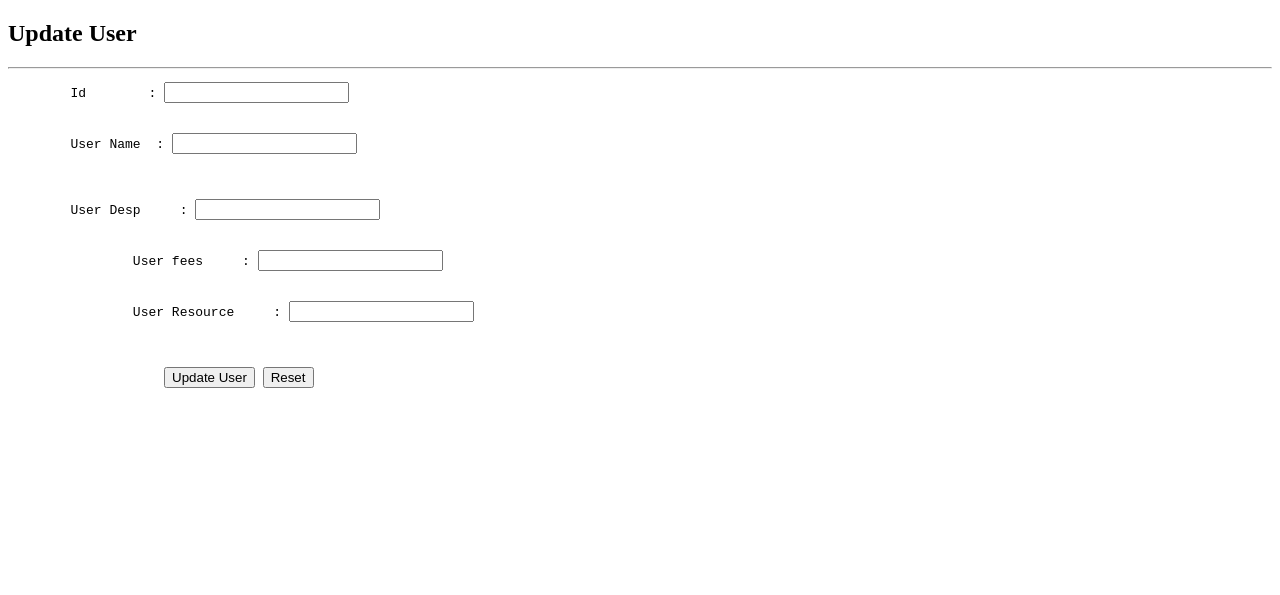
Repository: rathorea439/eLearning
Page: http://localhost/eLearing-springMVC/WEB-INF/views/update-user.jsp
These files come from the project's save history. The page is drawn as it stood at one moment and after the next save; the edit follows.
The browser window is 1280 px wide. The pictures show the whole page.
The page is served by Tomcat 9. Nobody is signed in. Other server files are loaded and not shown. The template is opened directly, without the code that normally fills it, so the values that code supplies are empty.

Above is the page before, as saved 2021-07-26 16:02:41.

### eLearing-springMVC/src/main/webapp/WEB-INF/views/update-user.jsp
<%@ page language="java" contentType="text/html; charset=ISO-8859-1"
	pageEncoding="ISO-8859-1"%>
<%@ taglib uri="http://java.sun.com/jsp/jstl/core" prefix="c"%>
<%@ taglib uri="http://www.springframework.org/tags/form" prefix="form"%>
<%@ page isELIgnored="false" %>

<!DOCTYPE html>
<html>
<head>
<meta charset="ISO-8859-1">
<title>Update User Form</title>
</head>
<body>
	<h2>Update User</h2>
	<hr>
	<c:url var="updateUrl" value="/update-user"></c:url>
	<form:form action="${updateUrl }" method="post" modelAttribute="user">
		<pre>
        Id        : <form:input path="user_id" readonly="true" />
			<br>
        User Name  : <form:input path="name" />
			<br>

        User Desp     : <form:input path="c_desp" />
			<br>
		User fees     : <form:input path="c_fees" />
			<br>
		User Resource     : <form:input path="c_resource" />
			<br>

                    <input type="submit" value="Update User" /> <input
				type="reset" value="Reset" />
        </pre>
	</form:form>
</body>
</html>

After the next save:
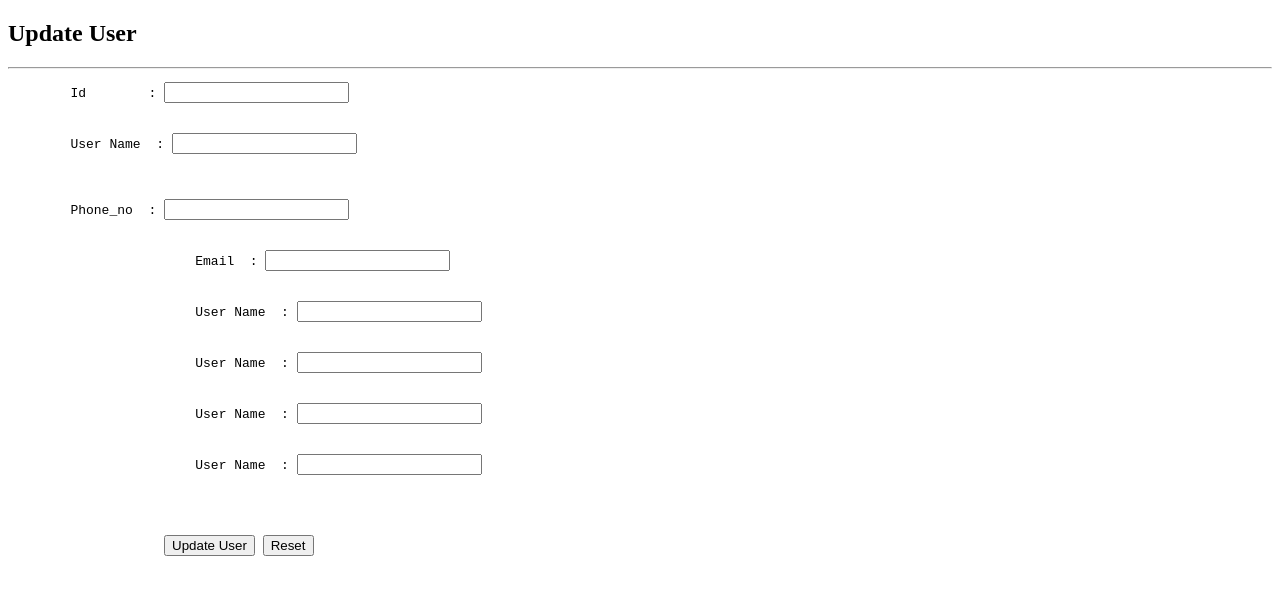
Saved 79 s later.
--- a/eLearing-springMVC/src/main/webapp/WEB-INF/views/update-user.jsp
+++ b/eLearing-springMVC/src/main/webapp/WEB-INF/views/update-user.jsp
@@ -21,12 +21,19 @@
         User Name  : <form:input path="name" />
 			<br>
 
-        User Desp     : <form:input path="c_desp" />
+        Phone_no  : <form:input path="phone_no" />
 			<br>
-		User fees     : <form:input path="c_fees" />
+			Email  : <form:input path="email" />
 			<br>
-		User Resource     : <form:input path="c_resource" />
+			User Name  : <form:input path="address" />
 			<br>
+			User Name  : <form:input path="reg_date" />
+			<br>
+			User Name  : <form:password path="password" />
+			<br>
+			User Name  : <form:input path="name" />
+			<br>
+
 
                     <input type="submit" value="Update User" /> <input
 				type="reset" value="Reset" />
